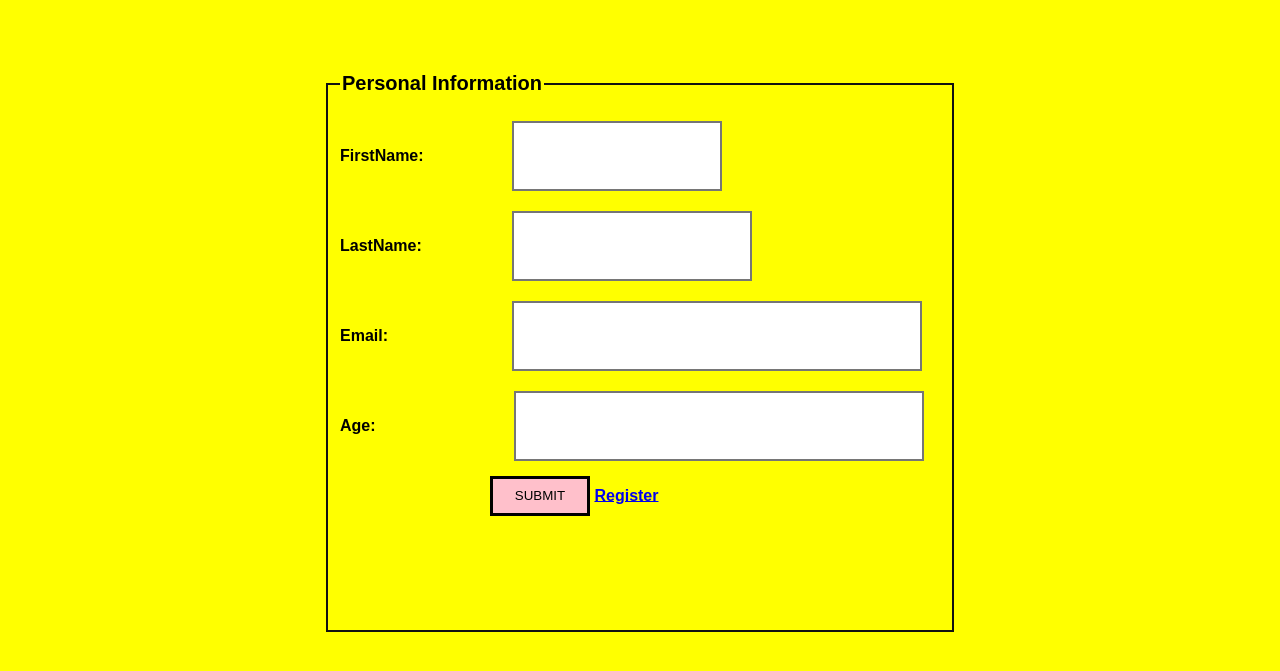
Repository: Femi007-gh/Legend
Page: index.html
An editor plug-in stored every save of this project. The page is shown before and after the next save, followed by the edit.
The browser window is 1280 px wide. The pictures show the whole page.

Above is the page before, as saved 2025-04-07 21:55:20.

### index.html
<html>
  <head>
    <title>LEGEND</title>
    <link rel="stylesheet" href="style.css">
  </head>
  <body>
    <form>
      <fieldset class="field">
        <legend class="ld">Personal Information</legend>
        <label class="first">FirstName:</label>
        <input type="text" class="FN"><br>

        <label class="last">LastName:</label>
        <input type="text" class="LN"> <br>

        <label class="mail">Email:</label>
        <input type="text" class="email"> <br>

        <label class="yourage">Age:</label>
        <input type="text" class="age"> <br>
          <button class="sub" type="button">SUBMIT</button>
          <a href="loginpage.html">Register</a>
      </fieldset>
    </form>
  </body>
</html>

### style.css
body {
  font-family:Arial, Helvetica, sans-serif;
  font-weight: bold;
  display: flex;
  justify-content: center;
  align-items: center;
  background-color: yellow;
}

.ld {
  font-size: 20px;
}

.field {
  border: 2px solid #111;
  width: 600px;
  height: 540px;
}

.FN {
  margin-top: 20px;
  margin-left: 84px;
  border-style: solid;
  height: 70px;
  width: 210px;
}

.LN {
  margin-top: 20px;
  margin-left: 86px;
  border-style: solid;
  height: 70;
  width: 240px;
}

.email {
  margin-top: 20px;
  margin-left:120px;
  height: 70px;
  border-style: solid;
  width: 410px;
}

.age {
  margin-top: 20px;
  margin-left: 134px;
  border-style: solid;
  height: 70px;
  width: 410px;
}

input {
  background-color: white;
}

.sub {
  height: 40px;
  width: 100px;
  margin-left: 150px;
  margin-top: 15px;
  border: none;
  background-color: pink;
  border-style: solid;
  cursor: pointer;
}

.sub:hover {
  background-color: blue;
}

After the next save:
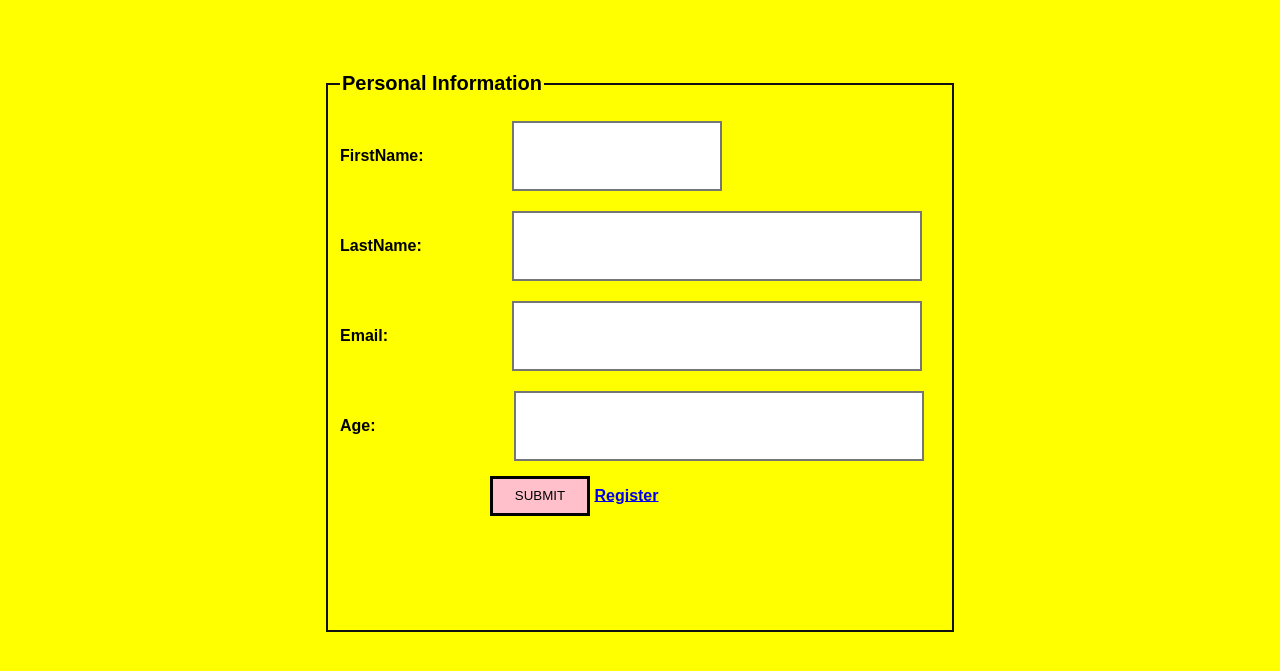
Saved 4 s later.
--- a/style.css
+++ b/style.css
@@ -30,7 +30,7 @@ body {
   margin-left: 86px;
   border-style: solid;
   height: 70;
-  width: 240px;
+  width: 410px;
 }
 
 .email {
